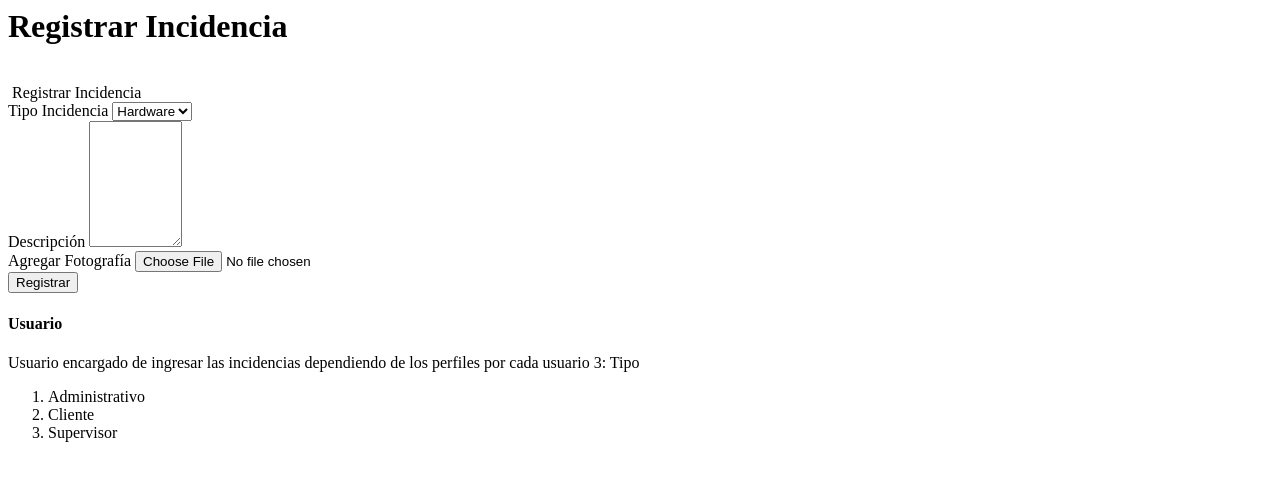
Repository: androla10/ProyectoCibert5to
Page: http://localhost/GDI/Incidencia/RegistrarIncidencia.jsp
The author's editor kept a copy of each file at every save. The page is drawn from the files as they stood at one save, then again after the next save.
The browser window is 1280 px wide. The pictures show the whole page.
The page is served by Tomcat 9. Nobody is signed in. The application's start-up code is not run.

Above is the page before, as saved 2016-05-10 21:57:18.

After the next save:
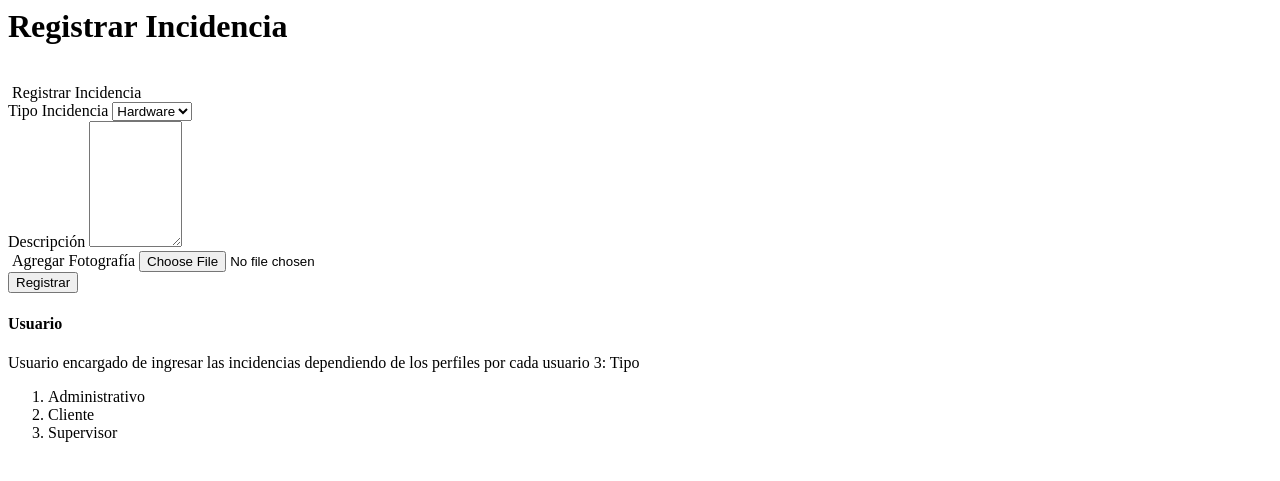
Saved 6 s later.
--- a/GDI/src/main/webapp/Incidencia/RegistrarIncidencia.jsp
+++ b/GDI/src/main/webapp/Incidencia/RegistrarIncidencia.jsp
@@ -21,7 +21,7 @@
 							<textarea type="text" class="form-control" name="usuario.apellido" id="descripcion" rows="8" cols="9"></textarea>
 						</div>
 						<div class="form-group">
-							<label for="descripcion"><i class="fa fa-file-image-o fa-1x"></i>Agregar Fotografía</label>
+							<label for="descripcion"><i class="fa fa-file-image-o fa-1x"></i>&nbsp;Agregar Fotografía</label>
 							<input type="file" class="form-control" name="usuario.apellido" id="descripcion" rows="8" cols="9"/>
 						</div>
 						<button type="submit" class="btn btn-primary">Registrar</button>
